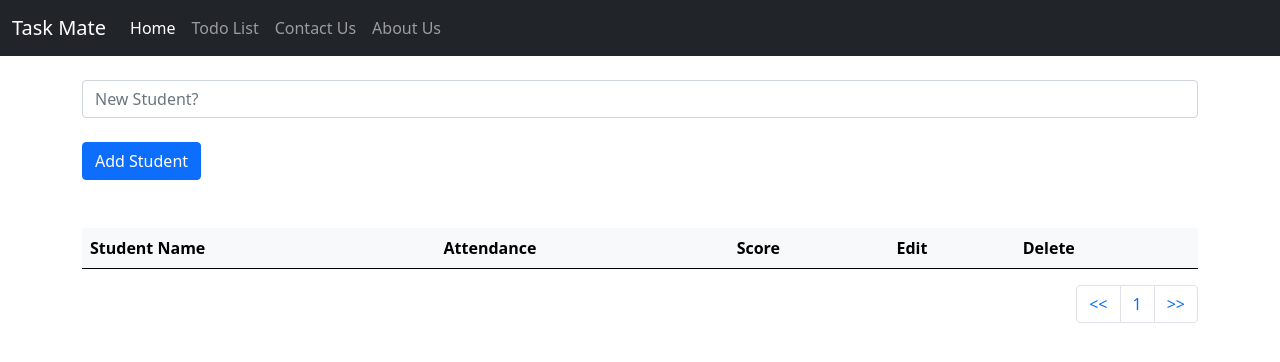
Repository: itathagata/Registration_System
Page: http://localhost/todolist/?pg=1
The author's editor kept a copy of each file at every save. The page is drawn from the files as they stood at one save, then again after the next save.
The browser window is 1280 px wide. The pictures show the whole page.
The page is served by the project's application, run on Django 2.2 (manage.py). Other server files are loaded and not shown. Queries for data that is not in the repository find no rows.

Above is the page before, as saved 2021-06-05 02:43:59.

### todolist_app/views.py
from django.http.response import HttpResponse
from django.shortcuts import redirect, render
from django.http import HttpResponse
from todolist_app.models import TaskList
from todolist_app.forms import TaskForm
from django.contrib import messages
from django.core.paginator import Paginator
# Create your views here.
context = {'welcome':"Welcome to Todo List Page.",
    'contact_text':"Welcome to Todo List Contact Page.",
    'about_text':"Welcome to Todo List About Page.",
    'index_text':"Welcome to Todo List Index Page.",}
def todolist(request):
    if request.method == "POST":
        form = TaskForm(request.POST or None)
        if form.is_valid():
            form.save()
        messages.success(request,("New Student Added!"))
        return redirect('todolist')
    else:
        all_tasks = TaskList.objects.all()
        paginator = Paginator(all_tasks, 5)
        page = request.GET.get('pg')
        all_tasks = paginator.get_page(page)
        return render(request, 'todolist.html',{'all_tasks':all_tasks})



def complete_task(request,task_id):
    task = TaskList.objects.get(pk=task_id)
    task.Attendance = True
    task.save()
    return redirect('todolist')


def pending_task(request,task_id):
    task = TaskList.objects.get(pk=task_id)
    task.Attendance = False
    task.save()
    return redirect('todolist')

def delete_task(request,task_id):
    task = TaskList.objects.get(pk=task_id)
    task.delete()
    return redirect('todolist')




def edit_task(request,task_id):
    if request.method == "POST":
        task = TaskList.objects.get(pk=task_id)
        form = TaskForm(request.POST or None,instance=task)
        if form.is_valid():
            form.save()
        messages.success(request,("Edited!"))
        return redirect('todolist')
    else:
        task_obj = TaskList.objects.get(pk=task_id)
        return render(request, 'edit.html',{'task_obj':task_obj})


def contact(request):
    return render(request, 'contact.html',context)
def about(request):
    return render(request, 'about.html',context)

def index(request):
    return render(request, 'index.html',context)

### todolist_app/templates/todolist.html
{% extends 'base.html' %}
{% block title %}
<title>TodoList Manager</title>
{% endblock title %}

{% block content %}
<div class="container">
</br>

  {%if messages%}
    {% for message in messages %}
      <div class="alert alert-warning alert-dismissible fade show" role="alert">
          {{ message }}
        <button type="button" class="btn-close" data-bs-dismiss="alert" aria-label="Close">
         </button>
      </div>
    {% endfor %}
  {% endif %}


  <form method="POST">
    {%csrf_token%}
    <div class="form-group">
          <input type="text" class="form-control" name="task" placeholder="New Student?">
    </div>
    </br>
    <button type="submit" class="btn btn-primary">Add Student</button>
  </form>

</br>
</br>
    <table class="table table-light table-hover">
  <thead>
    <tr>
      <th scope="col">Student Name</th>
      <th scope="col">Attendance</th>
      <th scope="col">Score</th>
      <th scope="col">Edit</th>
      <th scope="col">Delete</th>
    </tr>
  </thead>
    <tbody>
    {% if all_tasks %}
      {%for obj in all_tasks%}
        {% if obj.Attendance %}
            <tr>
            <td>{{ obj.Student_Name }}</td>
            <td><a href="{% url 'pending_task' obj.id %}"><button type="button" class="btn btn-outline-primary">Mark as unsafe</button>
</a></td>
            <td>{{ obj.Score }}</td>
            <td><a href="{% url 'edit_task' obj.id %}"><button type="button" class="btn btn-outline-dark">Edit</button>
</a></td>
            <td><a href="{% url 'delete_task' obj.id %}"><button type="button" class="btn btn-outline-danger">Delete</button>
</a></td>
            </tr>
        {% else %}
            <tr class="table-danger">
            <td>{{ obj.Student_Name }}</td>
            <td><a href="{% url 'complete_task' obj.id %}"><button type="button" class="btn btn-outline-primary">Mark as safe</button></a></td>
            <td>{{ obj.Score }}</td>
            <td><a href="{% url 'edit_task' obj.id %}"><button type="button" class="btn btn-outline-dark">Edit</button>
</a></td>
            <td><a href="{% url 'delete_task' obj.id %}"><button type="button" class="btn btn-outline-danger">Delete</button></a></td>
            </tr>
        {% endif %}
       {% endfor %}
    {% endif %}
     </tbody>
</table>


<nav aria-label="Page navigation example">
  <ul class="pagination justify-content-end">
    <li class="page-item "><a class="page-link" href="?pg=1"><<</a></li>
    {% if all_tasks.has_previous %}
      <li class="page-item"><a class="page-link" href="?pg={{ all_tasks.previous_page_number }}"> {{ all_tasks.previous_page_number }} </a></li>
    {% endif %}
    <li class="page-item"><a class="page-link" href="?pg={{ all_tasks.number }}">{{ all_tasks.number }}</a></li>
    {% if all_tasks.has_next %}
      <li class="page-item"><a class="page-link" href="?pg={{ all_tasks.next_page_number }}">{{ all_tasks.next_page_number }}</a></li>
    {% endif %}
    <li class="page-item"><a class="page-link" href="?pg={{ all_tasks.paginator.num_pages }}">>></a></li>
  </ul>
</nav>

    </div>
{% endblock content %}

### templates/base.html
<!doctype html>
<html lang="en">
  <head>
    <!-- Required meta tags -->
    <meta charset="utf-8">
    <meta name="viewport" content="width=device-width, initial-scale=1">

    <!-- Bootstrap CSS -->
    <link href="https://cdn.jsdelivr.net/npm/bootstrap@5.0.1/dist/css/bootstrap.min.css" rel="stylesheet" integrity="sha384-+0n0xVW2eSR5OomGNYDnhzAbDsOXxcvSN1TPprVMTNDbiYZCxYbOOl7+AMvyTG2x" crossorigin="anonymous">

    {% block title %}{% endblock title %}
    <nav class="navbar navbar-expand-lg navbar-dark bg-dark">
  <div class="container-fluid">
    <a class="navbar-brand" href="{% url 'index'%}">Task Mate</a>
    <button class="navbar-toggler" type="button" data-bs-toggle="collapse" data-bs-target="#navbarNavAltMarkup" aria-controls="navbarNavAltMarkup" aria-expanded="false" aria-label="Toggle navigation">
      <span class="navbar-toggler-icon"></span>
    </button>
    <div class="collapse navbar-collapse" id="navbarNavAltMarkup">
      <div class="navbar-nav">
        <a class="nav-link active" aria-current="page" href="{% url 'index'%}">Home</a>
        <a class="nav-link" href="{% url 'todolist'%}">Todo List</a>
        <a class="nav-link" href="{% url 'contact'%}">Contact Us</a>
        <a class="nav-link" href="{% url 'about'%}">About Us</a>
      </div>
    </div>
  </div>
</nav>
  </head>
  <body>
  {% block content %}{% endblock content %}

    <!-- Optional JavaScript; choose one of the two! -->

    <!-- Option 1: Bootstrap Bundle with Popper -->
    <script src="https://cdn.jsdelivr.net/npm/bootstrap@5.0.1/dist/js/bootstrap.bundle.min.js" integrity="sha384-gtEjrD/SeCtmISkJkNUaaKMoLD0//ElJ19smozuHV6z3Iehds+3Ulb9Bn9Plx0x4" crossorigin="anonymous"></script>

    <!-- Option 2: Separate Popper and Bootstrap JS -->
    <!--
    <script src="https://cdn.jsdelivr.net/npm/@popperjs/core@2.9.2/dist/umd/popper.min.js" integrity="sha384-IQsoLXl5PILFhosVNubq5LC7Qb9DXgDA9i+tQ8Zj3iwWAwPtgFTxbJ8NT4GN1R8p" crossorigin="anonymous"></script>
    <script src="https://cdn.jsdelivr.net/npm/bootstrap@5.0.1/dist/js/bootstrap.min.js" integrity="sha384-Atwg2Pkwv9vp0ygtn1JAojH0nYbwNJLPhwyoVbhoPwBhjQPR5VtM2+xf0Uwh9KtT" crossorigin="anonymous"></script>
    -->
  </body>
</html>

### taskmate/urls.py

from django.contrib import admin
from django.urls import path, include
from todolist_app import views as todolist_views
urlpatterns = [
    path('admin/', admin.site.urls),
    path('', todolist_views.index, name='index'),
    path('todolist', include('todolist_app.urls')),
    path('contact', todolist_views.contact, name='contact'),
    path('about-us', todolist_views.about, name='about'),
]

### todolist_app/urls.py
from todolist_app import views
from django.urls import path
urlpatterns = [
    path('/', views.todolist, name='todolist'),
    path('/delete/<task_id>', views.delete_task, name='delete_task'),
    path('/edit/<task_id>', views.edit_task, name='edit_task'),
    path('/complete/<task_id>', views.complete_task, name='complete_task'),
    path('/pending/<task_id>', views.pending_task, name='pending_task'),


]

After the next save:
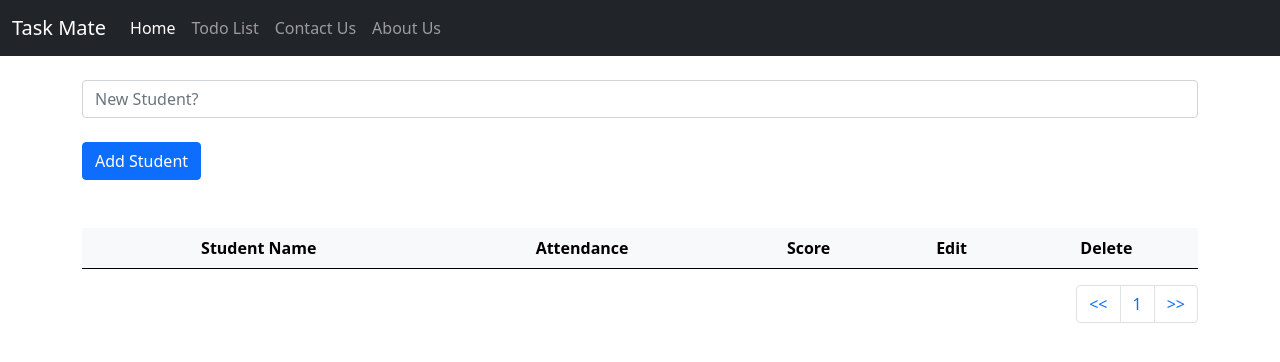
Saved 105 s later.
--- a/todolist_app/templates/todolist.html
+++ b/todolist_app/templates/todolist.html
@@ -29,7 +29,7 @@
 
 </br>
 </br>
-    <table class="table table-light table-hover">
+    <table class="table table-light table-hover text-center">
   <thead>
     <tr>
       <th scope="col">Student Name</th>
